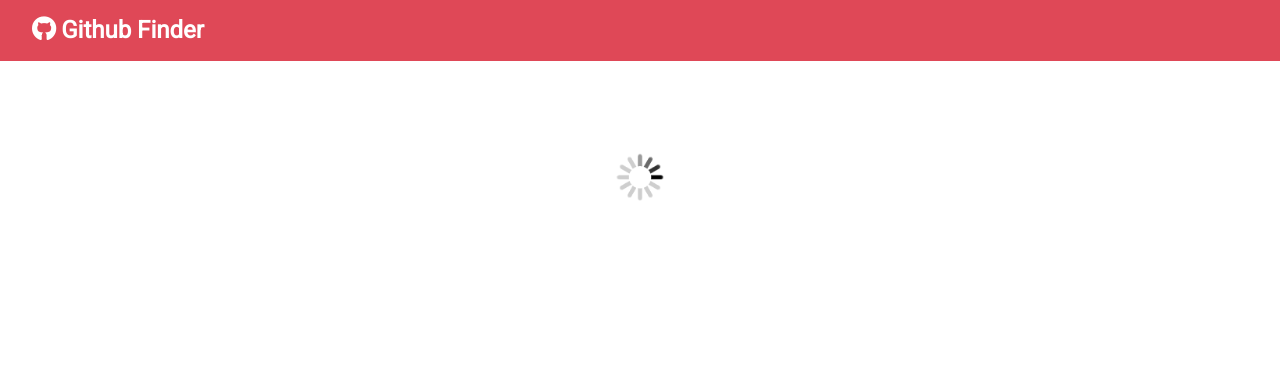
Repository: buddykaroon/github-finder
Page: /
An editor plug-in stored every save of this project. The page is shown before and after the next save, followed by the edit.
The browser window is 1280 px wide. The pictures show the whole page.
The page's requests for data from a server got no answer. Some web libraries are served in a nearby version. The project was rebuilt for these pictures with package versions that can differ from the ones it lists, and the page was loaded fresh each time. No one was signed in, and anything a server would have sent is missing. Also part of the build but not shown: src/components/users/UserItem.js.

Above is the page before, as saved 2020-01-30 16:01:25.

### src/App.js
import React, {Component} from 'react';
import './App.css';
import Navbar from './components/layout/Navbar';
import Users from './components/users/Users';
import axios from 'axios';
import Search from './components/users/Search';
import { render } from '@testing-library/react';

class App extends Component {
  state = {
    users: [],
    loading: false
  }

  async componentDidMount() {
    this.setState({loading:true});
    const res = await axios.get(`https://api.github.com/users?client_id=${process.env.REACT_APP_GITHUB_CLIENT_ID}&
    ${process.env.REACT_APP_GITHUB_CLIENT_SECRET}`);
    this.setState({users:res.data, loading:false});
  }

  render()
  {
    return (
      <div className="App">
        <Navbar />
        <div className="container">

        <Users loading = {this.state.loading} users = {this.state.users}></Users>
        </div>
      </div>
    );
  }
};

export default App;

### src/components/layout/Navbar.js
import React, { Component } from 'react'
import PropTypes from 'prop-types'

const  Navbar = ({icon, title}) => {
        return (
            <nav className = "navbar bg-primary">
                <h1>
                <i className = {icon}></i> {title} </h1>
            </nav>
        );
};
//Passing in properties.
Navbar.defaultProps = {
    title: 'Github Finder',
    icon: 'fab fa-github'
};
//Requirements
Navbar.propTypes = {
    title: PropTypes.string.isRequired,
    icon: PropTypes.string.isRequired
};
export default Navbar

### src/components/users/Users.js
import React, { Component } from 'react'
import UserItem from './UserItem'
import PropTypes from 'prop-types'
import Spinner from '../layout/Spinner'
const Users = ({users, loading}) => {
    if (loading){
        return <Spinner></Spinner>
    }
    else {
        return (
            <div style = {userStyle}>
                {users.map(user =>
                    (
                    <UserItem key = {user.id} user = {user}/>
                    )
                    )}
            </div>
        );
    }
}

const userStyle = {
    display : 'grid',
    gridTemplateColumns: 'repeat(3, 1fr)',
    gridGap: '1rem'
}

Users.propTypes = {
    users: PropTypes.array.isRequired,
    loading: PropTypes.bool.isRequired
}
export default Users

### src/components/layout/Spinner.js
import React, { Fragment } from 'react'
import spinner from './spinner.gif';
const Spinner = () =>
      <Fragment>
          <img src={spinner} alt="Loading..." style = {{width: '200px', margin:'auto', display:'block'}}/>
      </Fragment>
export default Spinner

### src/components/users/Search.js
import React, { Component } from 'react'

export class Search extends Component {
    render() {
        return (
            <div>
                <form className = "form">
                <input type="text" name = "text" placeholder = "Search Users..."/>
                <input type="submit" value = "Search" className = "btn btn-dark btn-block" />
                </form>
            </div>
        )
    }
}

export default Search

Loaded but not shown: public/index.html (common file); src/index.js (common file); src/App.css (common file)

After the next save:
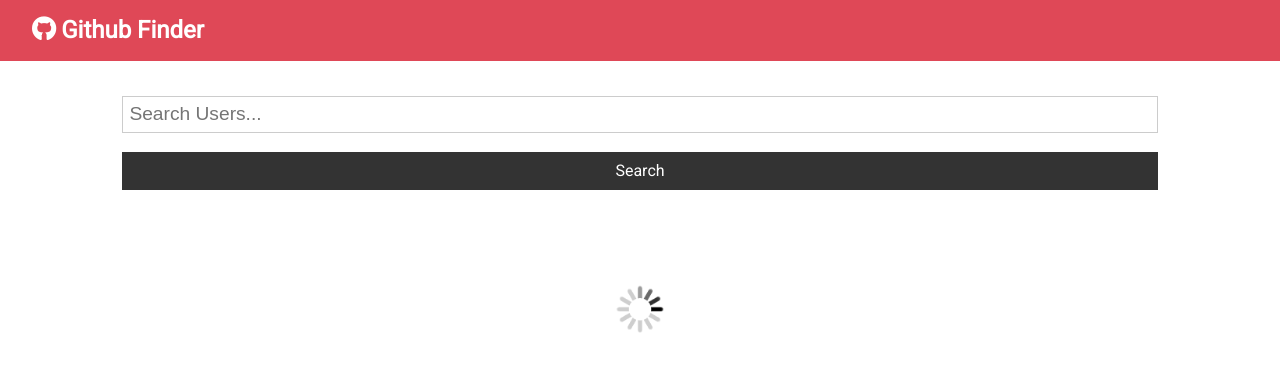
Saved 10 s later.
--- a/src/App.js
+++ b/src/App.js
@@ -25,7 +25,7 @@ class App extends Component {
       <div className="App">
         <Navbar />
         <div className="container">
-
+        <Search></Search>
         <Users loading = {this.state.loading} users = {this.state.users}></Users>
         </div>
       </div>
